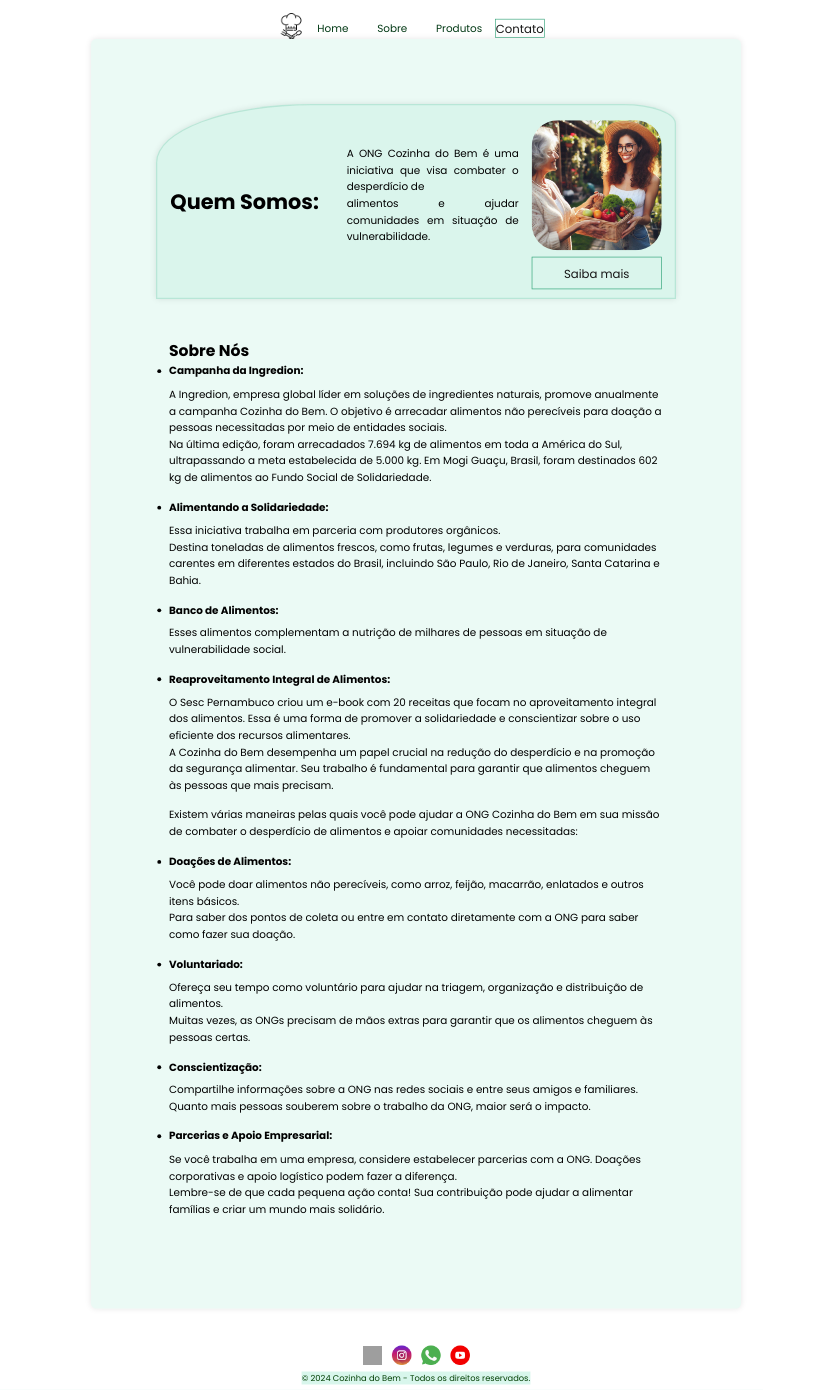
Repository: Thalia-Nataly/Cozinha-do-Bem-Proz
Page: sobre.html
These files come from the project's save history. The page is drawn as it stood at one moment and after a run of saves; the edit follows.
The browser window is 1280 px wide. The pictures show the whole page, at 65% of full size.
Pictures or frames that could not be fetched are drawn as grey boxes.

Above is the page before, as saved 2024-08-25 18:50:05.

### sobre.html
<!DOCTYPE html>
<html lang="pt-br">
<head>
    <meta charset="UTF-8">
    <meta name="viewport" content="width=device-width, initial-scale=1.0">
    <title>Sobre</title>
    <link rel="icon" href="Imagens\favicon.jpg" type="image/jpg">
    <!-- CSS -->
    <link rel="stylesheet" href="css/stylegeral.css">
    <!-- JS -->
    <script src="js/menu.js" defer></script>
    <!-- Google Fonts -->
    <link rel="preconnect" href="https://fonts.googleapis.com">
    <link rel="preconnect" href="https://fonts.gstatic.com" crossorigin>
    <link href="https://fonts.googleapis.com/css2?family=Poppins:wght@100;200;300;400;500;600;700;800;900&display=swap" rel="stylesheet">
    <!-- Google Fonts -->

</head>
<body>
    <!-- Topo -->
    <a id="top"></a>
    <!-- fim botao topo  -->

    <!-- Cabeçalho -->
    <a id="top"></a>
    <header id="header">
       <div class = "interface">

            <section class="logo">
             <img class= "logo-branca" src="Imagens/logo.jpg" alt="Logo">
             <img class= "logo-preto" src="Imagens/logo.jpg" alt="Logo">
            </section>

            <section class="menu-desktop">
                <nav>
                    <ul>
                        <li><a href="home.html">Home</a></li>
                        <li><a href="sobre.html">Sobre</a></li>
                        <li><a href="produtos.html">Produtos</a></li>

                    </ul>
                </nav>
            </section>

            <section class="btn-contato">
                <a href="contato.html">
                    <button>Contato</button>
                </a>
            </section>
        </div>
    </header>
    <!-- fim cabeçalho -->
    <main>
           <!-- texto inicial e botão -->
         <div class="main-content">

            <div class="box-conteiners">

                <div class="box-content">
                    <h1>Quem Somos:</h1>
                    <p><span>A ONG Cozinha do Bem é uma iniciativa que visa combater o desperdício de<br> </span>alimentos
                    <span> e ajudar comunidades em situação de vulnerabilidade. </span><br>
                    </p>
                    <div class="box-img">
                        <img src="Imagens/sobre img 1.jpg"alt="imagem1">

                    <div class="botaosaiba">
                        <a href="contato.html">
                        <button>Saiba mais</button>
                        </a>
                    </div>
                </div>
                </div>
            </div>
            <!----- -->

                <!-- texto 2- sobre nós -->
            <div class="box-conteiners">
                <div class="box-sobre">
                        <ul>
                            <h2>Sobre Nós</h2>
                            <li><b>Campanha da Ingredion:</b></li>
                            <p>A Ingredion, empresa global líder em soluções de ingredientes naturais, promove anualmente a
                                campanha Cozinha do Bem.
                                O objetivo é arrecadar alimentos não perecíveis para doação a pessoas necessitadas por meio de
                                entidades sociais.<br>
                                Na última edição, foram arrecadados 7.694 kg de alimentos em toda a América do Sul,
                                ultrapassando a meta estabelecida de 5.000 kg.
                                Em Mogi Guaçu, Brasil, foram destinados 602 kg de alimentos ao Fundo Social de Solidariedade.
                            </p>
                            <li><b>Alimentando a Solidariedade:</b></li>
                            <p>Essa iniciativa trabalha em parceria com produtores orgânicos.<br>
                                Destina toneladas de alimentos frescos, como frutas, legumes e verduras, para comunidades
                                carentes em diferentes estados do Brasil, incluindo São Paulo, Rio de Janeiro, Santa Catarina e
                                Bahia.
                            </p>
                            <li><b>Banco de Alimentos:</b></li>
                            <p>Esses alimentos complementam a nutrição de milhares de pessoas em situação de vulnerabilidade
                                social.
                            </p>
                            <li><b>Reaproveitamento Integral de Alimentos:</b></li>
                            <p>O Sesc Pernambuco criou um e-book com 20 receitas que focam no aproveitamento integral dos
                                alimentos.
                                Essa é uma forma de promover a solidariedade e conscientizar sobre o uso eficiente dos recursos
                                alimentares.<br>
                                A Cozinha do Bem desempenha um papel crucial na redução do desperdício e na promoção da
                                segurança alimentar.
                                Seu trabalho é fundamental para garantir que alimentos cheguem às pessoas que mais precisam.
                            </p>
                            <p>Existem várias maneiras pelas quais você pode ajudar a ONG Cozinha do Bem em sua missão de
                                combater o desperdício de alimentos e apoiar comunidades necessitadas:
                            </p>
                            <li><b>Doações de Alimentos:</b></li>
                            <p>Você pode doar alimentos não perecíveis, como arroz, feijão, macarrão, enlatados e outros
                                itens básicos.<br>
                                Para saber dos pontos de coleta ou entre em contato diretamente com a ONG para saber como
                                fazer sua doação.
                            </p>
                            <li><b>Voluntariado:</b></li>
                            <p>Ofereça seu tempo como voluntário para ajudar na triagem, organização e distribuição de
                                alimentos.<br>
                                Muitas vezes, as ONGs precisam de mãos extras para garantir que os alimentos cheguem às
                                pessoas certas.
                            </p>
                            <li><b>Conscientização:</b></li>
                            <p>Compartilhe informações sobre a ONG nas redes sociais e entre seus amigos e familiares.
                                Quanto mais pessoas souberem sobre o trabalho da ONG, maior será o impacto.
                            </p>
                            <li><b>Parcerias e Apoio Empresarial:</b></li>
                            <p>Se você trabalha em uma empresa, considere estabelecer parcerias com a ONG.
                                Doações corporativas e apoio logístico podem fazer a diferença.<br>
                                Lembre-se de que cada pequena ação conta! Sua contribuição pode ajudar a alimentar famílias
                                e criar um mundo mais solidário.
                            </p>
                        </ul>
                    </div>
                </div>
            </div>
                <!--fim texto 2- sobre nós -->
    </main>
<!-- Rodapé -->
<footer>
    <nav>
        <div class="footer-link">
            <a href="home.html" class="footer-logo">Cozinha do Bem</a>
        </div>
        <div class="social-links">

            <a href="https://www.facebook.com/" target="_blank" rel="noopener noreferrer">
                <img src="Imagens/social_13051757.png" alt="Facebook"></a>
            <a href="https://www.instagram.com/" target="_blank" rel="noopener noreferrer">
                <img src="Imagens/instagram_4494489.png" alt="Instagram"></a>
            <a href="https://wa.me/5544332156489" target="_blank" rel="noopener noreferrer">
                <img src="Imagens/whatsapp_2504845.png" alt="Whatsapp"></a>
            <a href="https://www.youtube.com/" target="_blank" rel="noopener noreferrer">
                <img src="Imagens/youtube_4494485.png" alt="Youtube"></a>
        </div>
        <p class="copyright">© 2024 Cozinha do Bem - Todos os direitos reservados.</p>
    </nav>
</footer>
<a href="#top" class="back-to-top">Voltar ao topo</a>
<!-- Fim Rodapé -->
</body>
</html>

### css/stylegeral.css
/*reset*/
* {
    margin: 0;
    padding: 0;
    box-sizing: border-box;
    font-family: "Poppins", sans-serif;
}

/*----------------------------------------------------------------*/
/*media queries para ajustar o layout em diferentes tamanhos de tela.*/
@media (max-width: 768px) {
    .menu-desktop {
        display: none;
    }

    .menu-mobile {
        display: block;
    }
}

/*----------------------------------------------------------------*/
body {
    background-repeat: no-repeat, repeat;
    background-attachment: scroll, fixed;
    background-size: cover;
    line-height: 1.6;
    margin: 0;
    padding: 0;
    box-sizing: border-box;

}



/*----------------------------------------------------------------*/

/*PRODUTOS */
/* Cabeçalho */

main {

    margin-top: 60px;
}

.main-content {
    width: 1000%;
    max-width: 1000px;
    margin: 0 auto;
    padding: 80px;
    font-family: Arial, sans-serif;
    box-shadow: 0 0 10px rgba(0, 0, 0, 0.1);
    background-color: rgba(122, 223, 189, 0.153);
    border-radius: 8px;
}

.main-content h1 {
    margin-bottom: 20px;
    padding: 50px;

}

.main-content h3 {
    margin-top: 20px;
    margin-bottom: 10px;
}

.main-content p {
    margin-bottom: 20px;
}

.main-content ul {
    margin-bottom: 20px;
}

.main-content ul li {
    margin-bottom: 10px;
}

.main-content img {
    display: block;
    margin: 10px 0;
}



/* Main */
.content-container {
    display: flex;
    align-items: flex-start;
    gap: 15px;
    max-width: 1000px;
    margin-bottom: 50px;
    padding: 20px;
}

.text-box1 .text-box2 .text-box3 {
    border-radius: 8px;
    padding: 20px;
    box-sizing: border-box;
    max-width: 2000px;
    height: 650px;
}

.text-box1 {
    background-color: #aae5e8;
    flex: 1;
}

.text-box2 {
    background-color: #dbaaa3;
    flex: 1;
}

.text-box3 {
    background-color: #f7e7b2;
    flex: 1;
}

.image-box {
    flex: 1;
    max-width: 300px;
    height: 300px;
}

.image-right img {
    float: right;
    width: 200px;
    height: 200px;
}

.image-box img {
    width: 98%;
    height: 98%;
    border-radius: 8px;
    box-shadow: #000000;
    align-content: center;
}

.chips-container {
    background-color: #aae5e8;
    border-radius: 1%;
}

.arroz-container {
    background-color: #dbaaa3;
    border-radius: 1%;
}

.pizza-container {
    background-color: #f7e7b2;
    border-radius: 1%;
}

/*----------------------------------------------------------------*/
/* Formulário produto*/
.form-container {
    background-color: #7ad4ed24;
    border: 1px solid #ddd;
    border-radius: 8px;
    padding: 20px;
    box-shadow: 0 4px 8px rgba(0, 0, 0, 0.1);
    max-width: 1000px;
    margin: 0 auto;
    display: block;
    margin-top: 50px;
}

.form-container input,
.form-container button {
    display: block;
    width: 97%;
    margin-bottom: 10px;
    padding: 10px;
    border-radius: 4px;
    border: 1px solid #ddd;
    box-sizing: border-box;
}

.form-container button {
    background-color: #4799eb;
    color: #fff;
    border: none;
    cursor: pointer;
}

.form-container button:hover {
    background-color: #0056b3;
}


/*----------------------------------------------------------------*/


/* Footer GERAL */
footer {
    align-items: center;
    text-align: center;
    list-style: none;
}

.footer-logo {
    font-size: 24px;
    font-weight: bold;
    text-decoration: none;
    color: #ffffff;
}

.footer-logo:hover {
    color: #000000;
}


footer {
    background-color: transparent;
    padding: 8px;
    text-align: center;
}

footer nav {
    display: flex;
    flex-direction: column;
    align-items: center;
}

footer .footer-link {
    margin-bottom: 10px;
}

footer .social-links {
    display: flex;
    gap: 15px;
    margin-bottom: 10px;
}

footer .social-links a {
    text-decoration: none;
    color: #ffffff;
}

footer .social-links img {
    width: 30px;
    height: 30px;
    vertical-align: middle
}

footer .redes {
    display: flex;
    gap: 15px;
    margin-bottom: 10px;
}

ul.redes img {
    width: 30px;
    height: 30px;
    vertical-align: middle;
    list-style-type: none;
}


footer .social-links a:hover {
    color: #000000;
}

footer p {
    font-size: 0.8em;
    color: #ffffff;
    margin-top: 0;
}

.copyright {
    align-items: center;
    text-align: center;
    background-color: rgba(122, 223, 189, 0.293);
    color: rgb(3, 64, 5);
}

/*----------------------------------------------------------------*/

/* Botão "Voltar ao topo" */
.back-to-top {
    position: fixed;
    bottom: 10px;
    bottom: 33px;
    right: 20px;
    background-color: #ffffff;
    color: #0ba22f;
    padding: 10px;
    border-radius: 8px;
    text-decoration: none;
    font-size: 14px;
    box-shadow: 0 2px 4px rgba(0, 0, 0, 0.2);
    z-index: 1000;
    border: 2px solid #047110;

}

.back-to-top:hover {
    background-color: #047110;
    color: #ffffff;
}

/*----------------------------------------------------------------*/
/* Home video*/


.banner {
    width: 100%;
    height: 98vh;
    overflow: hidden;
    display: flex;
    justify-content: center;
    align-items: center;
}

.banner video {
    position: fixed;
    top: 0;
    left: 0;
    object-fit: cover;
    width: 100%;
    height: 98vh;
    z-index: -1;

}

/*----------------------------------------------------------------*/

/*navbar*/
.interface {
    max-width: 1280px;
    margin: 0 auto;
}

header .btn-contato button:hover {
    background-color: #078d07;
    color: #ffffff;
    transition: all 0.3s ease-in-out;
}

.menu-desktop nav a:hover {
    transform: scale(1.05);
}

/* Estilo do Header */
header {
    width: 100%;
    padding: 20px 0;
    position: fixed;
    top: 0;
    left: 0;

    transition: .5s;
    z-index: 5;
}

header .interface {
    display: flex;
    justify-content: center;
    align-items: center;
    background-color: transparent;

}

header .logo img {
    max-width: 40px;


}

/* ---------------------------------------------------------------- */
/* Estilo do Menu */

header .logo img.logo-preto {
    display: none;
}

header .menu-desktop nav ul {
    list-style-type: none;
}

header .menu-desktop nav ul li {
    display: inline-block;
    margin: 0 20px;
}

header .menu-desktop nav ul li a {
    color: #033915;
    text-decoration: none;
    display: inline-block;
    transition: .2s;
}

.menu-desktop nav a:hover {
    transform: scale(1.05);
}

header .btn-contato,
button .botaosaiba button {
    width: 90px;
    height: 4%;
}

header .btn-contato button,
.hero-site button,
.botaosaiba button {
    font-size: 18px;
    background-color: transparent;
    border: 1px solid #038d5acb;
    color: #171616;
    cursor: pointer;
    transition: .5s;
}

header .btn-contato button:hover,
.hero-site button:hover {
    background-color: #165850;
    color: #fbfffd;

}

header.rolar {
    background-color: #02484691;
    padding: 10px 0;
    box-shadow: 0 0 8px #0bb8a772;

}

header.rolar .menu-desktop nav ul li a {
    color: #ffffff;
}

header.rolar .btn-contato button:hover {
    background-color: #036047;
    color: #ebf5f4;
}

header.rolar .logo img.logo-branca {
    display: none;
}

header.rolar .logo img.logo-preto {
    display: block;
}

/*Hero-site*/
section.hero-site {
    height: 98vh;
    color: black;
}

.hero-site .interface {
    display: flex;
    align-items: center;
    height: 100%;
    margin: 0 auto;
}

.hero-site .txt-hero {
    background-color: rgba(122, 223, 189, 0.153);
    border-top-right-radius: 20%;
    border-top-left-radius: 20%;
}

.hero-site .txt-hero h1 {
    font-size: 4em;
    font-weight: 200;
}

.hero-site .txt-hero p {
    font-size: 20px;
    font-weight: 300;
    margin: 25px 0;
}

.hero-site .txt-hero p span {
    display: block;
}

.hero-site button,
.box-img button {
    width: 200px;
    height: 50px;
}

/* C O N T A T O    P Á G I N A   I N Í C I O*/
/* Contêiner principal de contato */
.contact-container {
    display: flex;
    flex-direction: column;
    align-items: center;
    gap: 20px; /* Espaço entre os elementos */
}


/* Contêiner que contém o telefone e o WhatsApp */
.contact-info-container {
    display: flex;
    justify-content: center;
    width: 100%;
    margin-bottom: 20px; /* Diminuir o espaço entre o WhatsApp e a linha de cima */
}

/* Ainhamento entre o telefone e o WhatsApp na mesma linha */
.contact-info {
    display: flex;
    gap: 50px; /* Espaçamento entre o telefone e WhatsApp */
}

/* Style para o telefone e o WhatsApp */
.contact-box {
    border-radius: 8px;
    padding: 20px; /* AAjustar o ícone e o texto */
    box-sizing: border-box;
    text-align: center;
    width: 525px; /* Ajustar a largura */
    background-color: rgba(122, 223, 189, 0.153);
    border: 2px solid #038d5a27;
    box-shadow: 0 0 10px rgba(0, 0, 0, 0.1);
}


/* Box telefone */
.phone-box {
    display: flex;
    flex-direction: column;
    align-items: center;
}

/* ícone telefone */
.contact-icon {
    width: 50px; /* Ajustar tamanho */
    height: auto;
    margin-bottom: 10px; /* Espaço entre a imagem e o texto */
}

/* Style para o título e o texto na caixa de telefone */
.phone-box h2 {
    margin: 10px 0;
}

.phone-box p {
    margin: 0;
}

/* Style para a caixa do WhatsApp */
.whatsapp-box {
    text-align: center;
}

/* Style para o contêiner de detalhes do contato e formulário */
.contact-details-form-container {
    display: flex;
    justify-content: space-between; /* Espaçamento automático para as colunas */
    width: 100%;
    max-width: 1100px; /* Largura máxima das colunas */
    margin-top: 20px; /* Espaço de cima contêiner */
}

/* Style para os detalhes de contato e formulário */
.contact-details, .form-container .form-produtos {
    display: flex;
    flex-direction: column;
    gap: 50px;
    width: 500px; /* Largura fixa para ambas as colunas (sem considerar o form) */
    box-sizing: border-box;
}

/* Style para o formulário */
.form-container
{
    margin-top: 10px; /* Diminuir o espaço entre o form e a linha de cima */
    height: auto; /* Altura do conteúdo */
    background-color: rgba(122, 223, 189, 0.153);
    border: 2px solid #038d5a27;
    box-shadow: 0 0 10px rgba(0, 0, 0, 0.1);
    border-radius: 8px;
    padding: 20px;
    max-width: 1000px;
    margin: 0 auto;
    display: block;
    margin-left: 80px; /* Adicionar espaço à esquerda do form */
}
.form-prodcontainer {
    width: 1000%;
    max-width: 1000px;
    margin: 0 auto;
    padding: 80px;
    font-family: Arial, sans-serif;
    box-shadow: 0 0 10px rgba(0, 0, 0, 0.1);
    background-color: rgba(122, 223, 189, 0.153);
    border-radius: 8px;
}
.form-produtos {
    margin-top: 10px; /* Diminuir o espaço entre o form e a linha de cima */
    height: auto; /* Altura do conteúdo */
    background-color: rgba(122, 223, 189, 0.153);
    border: 2px solid #038d5a27;
    box-shadow: 0 0 10px rgba(0, 0, 0, 0.1);
    border-radius: 8px;
    padding: 20px;
    max-width: 1000px;



}

/* Style dos campos de entrada e botão dentro do form */
.form-container input,
.form-container select,
.form-container button
.form-produtos input,
.form-produtos select,

{
    display: block;
    width: 97%;
    margin-bottom: 15px;
    padding: 10px;
    border-radius: 4px;
    border: 1px solid #cccccc; /* Cor da borda dos campos */
    box-sizing: border-box;
}

/* Estilo do botão dentro do form */
.form-container button
.form-produtos form button {
    background-color: #ffffff;
    color: #047110;
    border: none;
    cursor: pointer;
    border: 2px solid #00000027;
}

.form-container button:hover
.form-produtos form button:hover {
    background-color: #047110;
    color: #ffffff;
}



/*----------------------------------------------------------------*/
/* Boxes */
.box-img img {
    width: 200px;
    height: 200px;
}

.box-conteiners {

    padding: 20px;
    max-width: auto;
    height: auto;
    list-style-type: none;
    display: flex;
    justify-content: center;
    align-items: center;
    flex: wrap;



}


.box-content {

    width: 800px;
    height: 300px;
    background-color: rgba(122, 223, 189, 0.153);
    border: 2px solid #038d5a27;
    box-shadow: 0 0 10px rgba(0, 0, 0, 0.1);

    border-start-start-radius: 30%;
    border-start-end-radius: 10%;
    order: 1;
    display: flex;
    justify-content: center;
    align-items: center;
    flex: wrap;




}

.box-content h1 {
    width: 800px;
    display: flex;
    margin-top: 20px;
    align-self: center;
    padding: 20px;

}

.box-content p {
    width: 800px;
    text-align: justify;
    display: block;

    align-self: center;
    flex-direction: left;
}


.box-img {

    width: 250px;
    height: auto;
    align-self: center;
    padding: 20px;



}

.box-img img {
    border-radius: 20%;

}

.box-sobre {

    width: 800px;
    height: auto;
    padding: 20px;
    order: 1;
    border-end-end-radius: 10%;
    border-start-end-radius: 10%;



}

.botaosaiba {
    display: flex;
    align-self: center;
    flex-direction: center;
    order: 1;

}

### js/menu.js

//cor do menu mudar quando rolar p baixo//
let navBar = document.querySelector('#header');

document.addEventListener('scroll', ()=>{
    let scrollTop = window.scrollY;
    if(scrollTop > 0){
        navBar.classList.add('rolar');
    }else{
        navBar.classList.remove('rolar');
    }

} )

// botao voltar ao topo apenas aparecer quando rolar p baixo//
window.onscroll = function() {
    var topButton = document.querySelector('.back-to-top');
    if (document.body.scrollTop > 20 || document.documentElement.scrollTop > 20) {
        topButton.style.display = "block";
    } else {
        topButton.style.display = "none";
    }
};

After the next 2 saves:
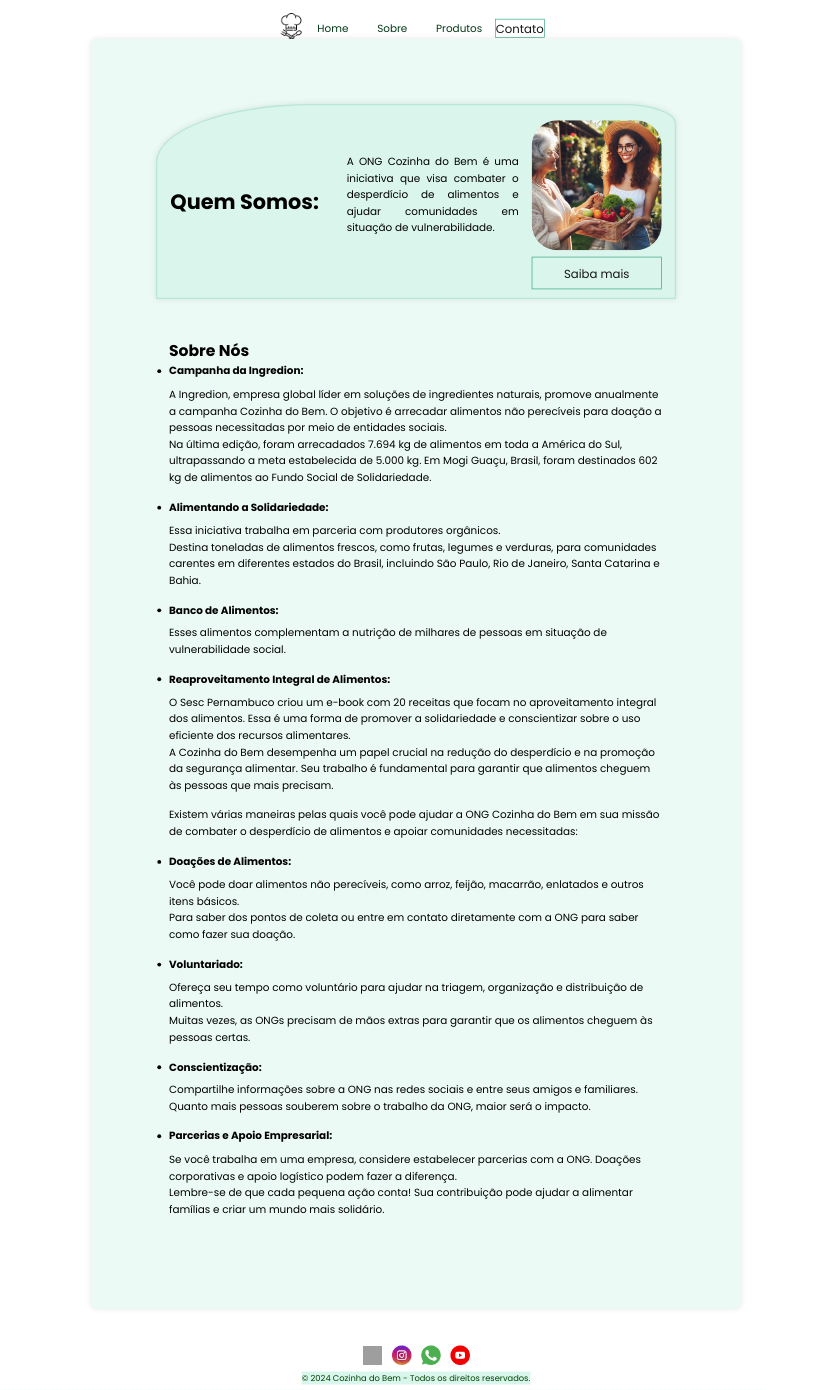
The 2 saves are shown as one change because they came seconds apart.
The last was saved 14 s later.
--- a/sobre.html
+++ b/sobre.html
@@ -58,8 +58,8 @@
 
                 <div class="box-content">
                     <h1>Quem Somos:</h1>
-                    <p><span>A ONG Cozinha do Bem é uma iniciativa que visa combater o desperdício de<br> </span>alimentos
-                    <span> e ajudar comunidades em situação de vulnerabilidade. </span><br>
+                    <p><span>A ONG Cozinha do Bem é uma iniciativa que visa combater o desperdício de alimentos e ajudar
+                    comunidades em situação de vulnerabilidade. </span><br>
                     </p>
                     <div class="box-img">
                         <img src="Imagens/sobre img 1.jpg"alt="imagem1">
